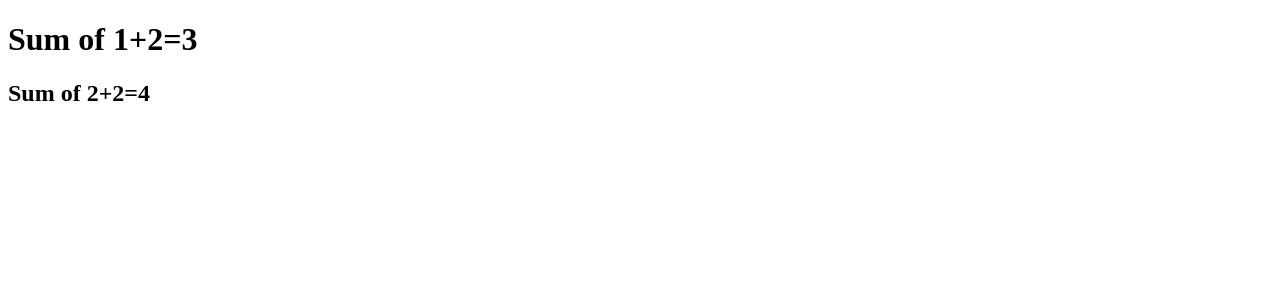
Repository: edwinisnow/jsp-servlets-demo
Page: http://localhost/SimpleServletProject/test.jsp
These files come from the project's save history. The page is drawn as it stood at one moment and after the next save; the edit follows.
The browser window is 1280 px wide. The pictures show the whole page.
The page is served by Tomcat 9.

Above is the page before, as saved 2024-05-06 21:24:16.

After the next save:
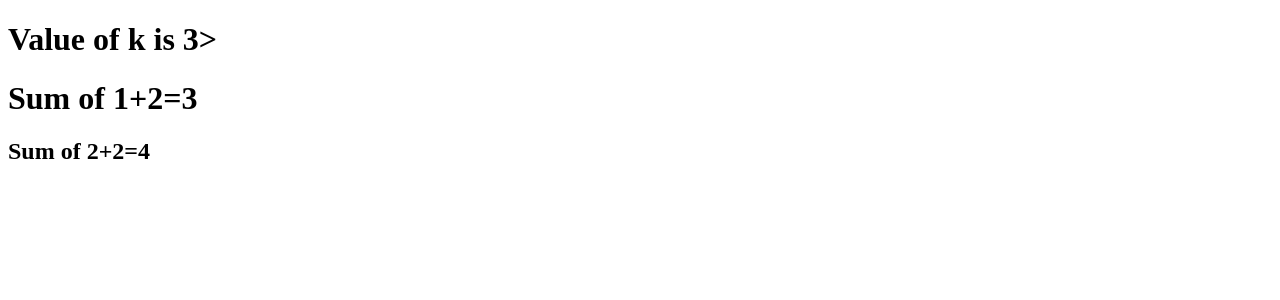
Saved 46 s later.
--- a/SimpleServletProject/src/main/webapp/test.jsp
+++ b/SimpleServletProject/src/main/webapp/test.jsp
@@ -20,6 +20,7 @@
 k = i + j;
 
 %>
+<h1>Value of k is <%=k%>></h1>
 <h1>Sum of 1+2=<%=add(1,2) %></h1>
 <h2>Sum of 2+2=<%=add(2,2) %></h2>
 </body>
